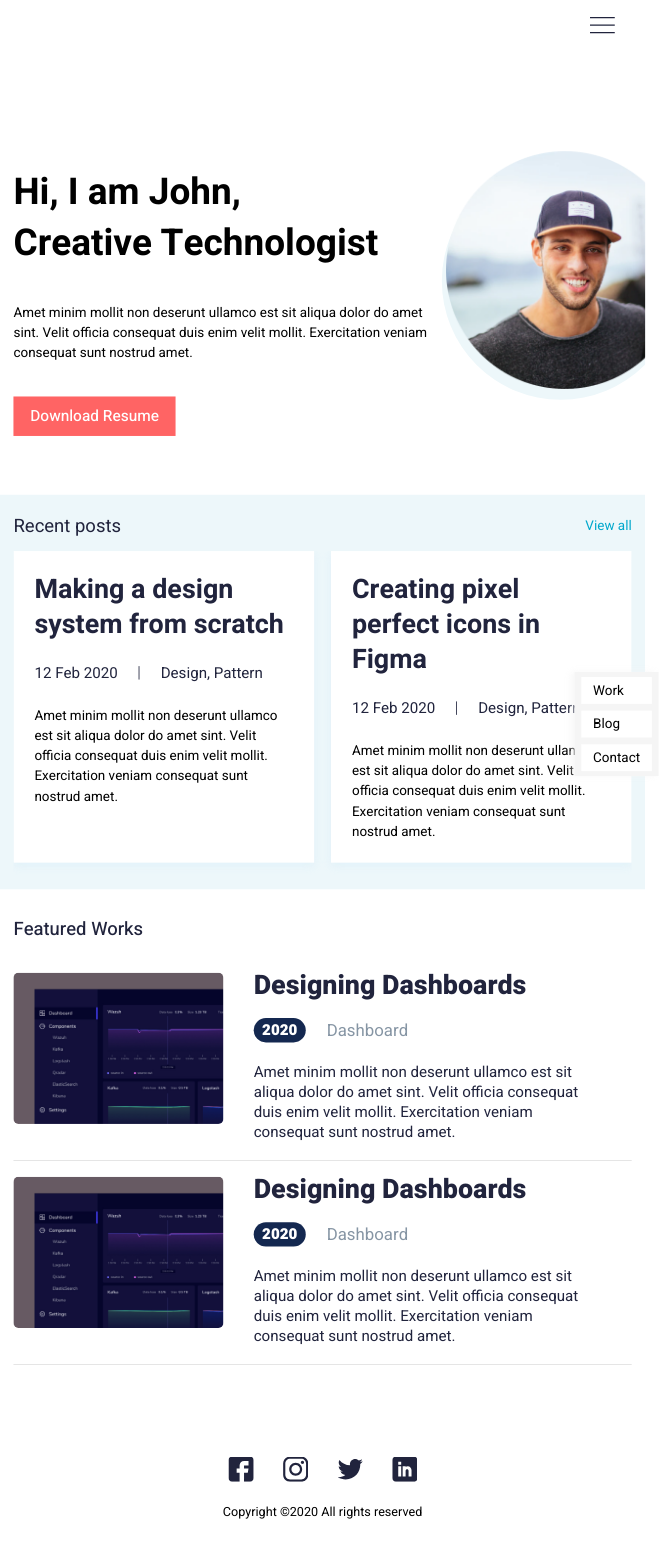
Repository: sharma171/portfolio
Page: /
An editor plug-in stored every save of this project. The page is shown before and after the next save, followed by the edit.
The browser window is 768 px wide. The page is 784 px wide, then 768 px, so the pictures cover 784 px, including what lies to the right of the window. The pictures show the whole page, at 84% of full size.
The project was rebuilt for these pictures with package versions that can differ from the ones it lists, and the page was loaded fresh each time. The framework's server and built-in components were replaced by stand-ins that run in the browser. Also part of the build but not shown: next.config.mjs.

Above is the page before, as saved 2024-06-02 23:11:03.

After the next save:
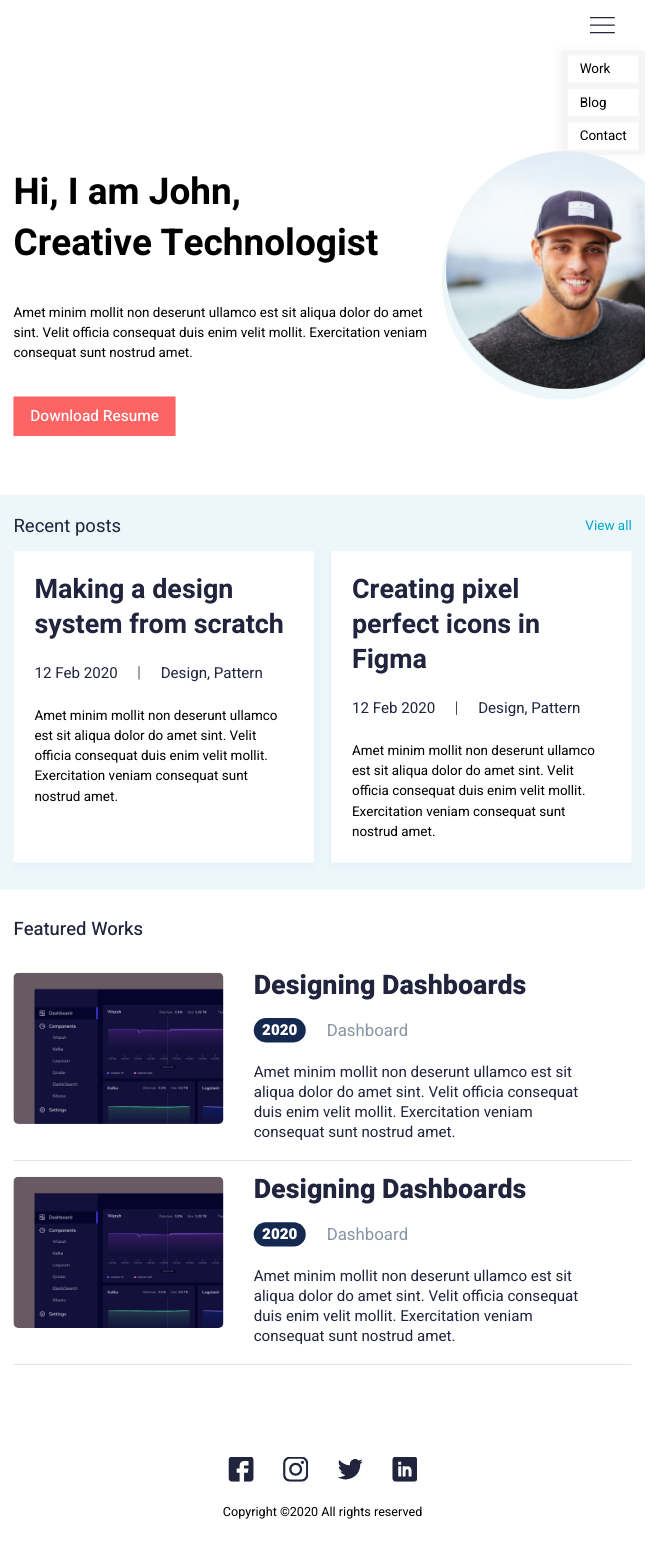
Saved 38 s later.
--- a/src/app/globals.css
+++ b/src/app/globals.css
@@ -102,10 +102,10 @@ footer .footer-inner .copyright {
   }
   .mob-menu {
     display: flex;
+    position: relative;
   }
   .mob-menu .hambmenu {
     margin: 20px;
-    position: relative;
   }
   .mob-menu .mob-list {
     position: absolute;
